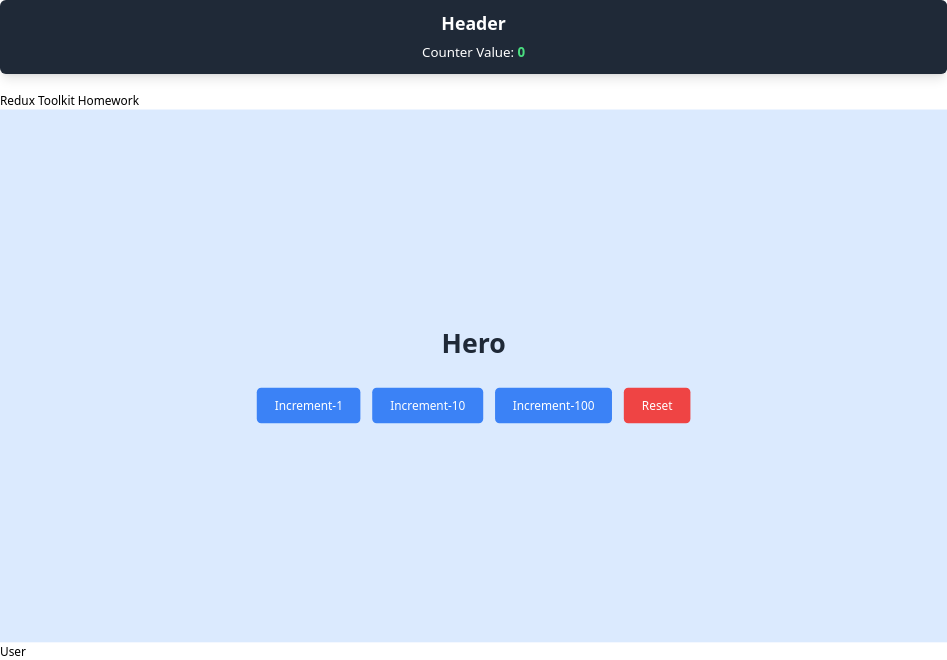
Repository: SitoraRashidova/userCrudFront
Page: /
These files come from the project's save history. The page is drawn as it stood at one moment and after the next save; the edit follows.
The browser window is 1280 px wide. The pictures show the whole page, at 74% of full size.
The project was rebuilt for these pictures with package versions that can differ from the ones it lists, and the page was loaded fresh each time. Also part of the build but not shown: vite.config.js. Imported but missing from the stored project, and not drawn on this page: src/redux/userSlice.

Above is the page before, as saved 2024-12-10 00:31:31.

### src/main.jsx
import { StrictMode } from "react";
import { createRoot } from "react-dom/client";
import "./index.css";
import App from "./App.jsx";
// redux toolkid codes here
import { Provider } from "react-redux";
import store from "./redux/index.js";

createRoot(document.getElementById("root")).render(
  <StrictMode>
    <Provider store={store}>
      <App />
    </Provider>
  </StrictMode>
);

### src/App.jsx
import React from "react";
import { Header } from "./components/Header";
import Hero from "./components/Hero";
import User from "./pages/user/User";
function App() {
  return (
    <>
      <Header />
      <h2>Redux Toolkit Homework</h2>
      <Hero />
      <User />
    </>
  );
}

export default App;

### src/redux/index.js
import { configureStore } from "@reduxjs/toolkit";
import counterSlice from "./slices/counter-slice";
import wishlist from "./slices/wishlist-slice";
import user from "./slices/user-slice";
const store = configureStore({
  reducer: {
    counter: counterSlice,
    wishlist,
    user,
  },
});
export default store;

### src/components/Header.jsx
import React from "react";
import { useSelector } from "react-redux";

export const Header = () => {
  const counter = useSelector((state) => state.counter.value);
  console.log(counter);

  return (
    <div className="bg-gray-800 text-white p-4 shadow-lg rounded-lg mb-6">
      <h2 className="text-2xl font-semibold text-center">Header</h2>
      <p className="text-center text-lg mt-2">
        Counter Value:{" "}
        <span className="font-bold text-green-400">{counter}</span>
      </p>
    </div>
  );
};

### src/components/Hero.jsx
import React from "react";
import { useDispatch } from "react-redux";
import { inc, reset } from "../redux/slices/counter-slice";

const Hero = () => {
  const dispatch = useDispatch();

  return (
    <div className="flex flex-col items-center justify-center min-h-screen bg-blue-100 p-6">
      <h2 className="text-4xl font-bold text-gray-800 mb-6">Hero</h2>

      <div className="space-x-4">
        <button
          onClick={() => dispatch(inc(1))}
          className="bg-blue-500 text-white px-6 py-3 rounded-md hover:bg-blue-600 transition duration-300"
        >
          Increment-1
        </button>
        <button
          onClick={() => dispatch(inc(10))}
          className="bg-blue-500 text-white px-6 py-3 rounded-md hover:bg-blue-600 transition duration-300"
        >
          Increment-10
        </button>
        <button
          onClick={() => dispatch(inc(100))}
          className="bg-blue-500 text-white px-6 py-3 rounded-md hover:bg-blue-600 transition duration-300"
        >
          Increment-100
        </button>
        <button
          onClick={() => dispatch(reset())}
          className="bg-red-500 text-white px-6 py-3 rounded-md hover:bg-red-600 transition duration-300 mt-4"
        >
          Reset
        </button>
      </div>
    </div>
  );
};

export default Hero;

### src/redux/slices/counter-slice.js
import { createSlice } from "@reduxjs/toolkit";
const counterSlice = createSlice({
  name: "counter",
  initialState: {
    value: 0,
  },
  reducers: {
    inc(state, action) {
      state.value += action.payload ? action.payload : 1 ;
    },
    dec(state) {
      state.value -= 1;
    },
    reset(state) {
      state.value = 0;
    },
  },
});
export const { inc, dec, reset } = counterSlice.actions; //setState
export default counterSlice.reducer; //state

### src/redux/slices/wishlist-slice.js
import { createSlice } from "@reduxjs/toolkit";

const wishlistSlice = createSlice({
  name: "wishlist",
  initialState: {
    value: [],
  },
  reducers: {
    addWishlist(state, action) {
      const index = state.value.findIndex(({ id }) => id === action.payload.id);
      if (index < 0) {
        state.value.push(action.payload);
      } else {
        state.value.filter(({ id }) => id !== action.payload.id);
      }
    },
  },
});
export const { addWishlist } = wishlistSlice.actions; //setState
export default wishlistSlice.reducer; //state

### src/redux/slices/user-slice.js
import { createSlice } from "@reduxjs/toolkit";

const initialState = {
  userInfo: {
    firstName: "",
    lastName: "",
    age: "",
    address: "",
    email: "",
    password: "",
    confirmPassword: "",
    gender: "",
  },
  users: [],
};

const userSlice = createSlice({
  name: "user",
  initialState,
  reducers: {
    setUserInfo: (state, action) => {
      state.userInfo = action.payload;
    },
    addUser: (state) => {
      state.users.push(state.userInfo);
      state.userInfo = initialState.userInfo;
    },
    updateUser: (state, action) => {
      const index = state.users.findIndex(
        (user) => user.email === action.payload.email
      );
      if (index !== -1) {
        state.users[index] = action.payload;
      }
    },
    deleteUser: (state, action) => {
      state.users = state.users.filter((user) => user.email !== action.payload);
    },
  },
});

export const { setUserInfo, addUser, updateUser, deleteUser } =
  userSlice.actions;

export default userSlice.reducer;

### src/components/User.jsx
import React from "react";
import { useDispatch, useSelector } from "react-redux";
import {
  setUserInfo,
  addUser,
  updateUser,
  deleteUser,
} from "../redux/userSlice";

const User = () => {
  const dispatch = useDispatch();
  const userInfo = useSelector((state) => state.user.userInfo);
  const users = useSelector((state) => state.user.users);

  const handleChange = (e) => {
    const { name, value } = e.target;
    dispatch(setUserInfo({ ...userInfo, [name]: value }));
  };

  const handleAddUser = () => {
    if (userInfo.password !== userInfo.confirmPassword) {
      alert("Passwords do not match!");
      return;
    }
    dispatch(addUser());
  };

  const handleUpdateUser = () => {
    if (userInfo.password !== userInfo.confirmPassword) {
      alert("Passwords do not match!");
      return;
    }
    dispatch(updateUser(userInfo));
  };

  const handleDeleteUser = (email) => {
    dispatch(deleteUser(email));
  };

  return (
    <div className="container mx-auto p-8 bg-gray-50 min-h-screen">
      <h1 className="text-3xl font-extrabold text-center text-gray-800 mb-8">
        User Information Management
      </h1>

      {/* Form Section */}
      <div className="w-full max-w-2xl mx-auto bg-white p-8 shadow-lg rounded-lg border border-gray-200">
        <form>
          <div className="grid grid-cols-1 md:grid-cols-2 gap-6">
            <div className="mb-4">
              <label className="block text-sm font-semibold text-gray-700">
                First Name
              </label>
              <input
                type="text"
                name="firstName"
                value={userInfo.firstName}
                onChange={handleChange}
                className="w-full mt-2 p-3 border border-gray-300 rounded-md shadow-sm focus:outline-none focus:ring-2 focus:ring-blue-500"
              />
            </div>

            <div className="mb-4">
              <label className="block text-sm font-semibold text-gray-700">
                Last Name
              </label>
              <input
                type="text"
                name="lastName"
                value={userInfo.lastName}
                onChange={handleChange}
                className="w-full mt-2 p-3 border border-gray-300 rounded-md shadow-sm focus:outline-none focus:ring-2 focus:ring-blue-500"
              />
            </div>

            <div className="mb-4">
              <label className="block text-sm font-semibold text-gray-700">
                Age
              </label>
              <input
                type="number"
                name="age"
                value={userInfo.age}
                onChange={handleChange}
                className="w-full mt-2 p-3 border border-gray-300 rounded-md shadow-sm focus:outline-none focus:ring-2 focus:ring-blue-500"
              />
            </div>

            <div className="mb-4">
              <label className="block text-sm font-semibold text-gray-700">
                Address
              </label>
              <input
                type="text"
                name="address"
                value={userInfo.address}
                onChange={handleChange}
                className="w-full mt-2 p-3 border border-gray-300 rounded-md shadow-sm focus:outline-none focus:ring-2 focus:ring-blue-500"
              />
            </div>

            <div className="mb-4">
              <label className="block text-sm font-semibold text-gray-700">
                Email
              </label>
              <input
                type="email"
                name="email"
                value={userInfo.email}
                onChange={handleChange}
                className="w-full mt-2 p-3 border border-gray-300 rounded-md shadow-sm focus:outline-none focus:ring-2 focus:ring-blue-500"
              />
            </div>

            <div className="mb-4">
              <label className="block text-sm font-semibold text-gray-700">
                Password
              </label>
              <input
                type="password"
                name="password"
                value={userInfo.password}
                onChange={handleChange}
                className="w-full mt-2 p-3 border border-gray-300 rounded-md shadow-sm focus:outline-none focus:ring-2 focus:ring-blue-500"
              />
            </div>

            <div className="mb-4">
              <label className="block text-sm font-semibold text-gray-700">
                Confirm Password
              </label>
              <input
                type="password"
                name="confirmPassword"
                value={userInfo.confirmPassword}
                onChange={handleChange}
                className="w-full mt-2 p-3 border border-gray-300 rounded-md shadow-sm focus:outline-none focus:ring-2 focus:ring-blue-500"
              />
            </div>

            <div className="mb-4">
              <label className="block text-sm font-semibold text-gray-700">
                Gender
              </label>
              <select
                name="gender"
                value={userInfo.gender}
                onChange={handleChange}
                className="w-full mt-2 p-3 border border-gray-300 rounded-md shadow-sm focus:outline-none focus:ring-2 focus:ring-blue-500"
              >
                <option value="">Select Gender</option>
                <option value="male">Male</option>
                <option value="female">Female</option>
                <option value="other">Other</option>
              </select>
            </div>
          </div>

          <div className="flex justify-between space-x-4 mt-6">
            <button
              type="button"
              onClick={handleAddUser}
              className="bg-blue-600 text-white px-6 py-3 rounded-md shadow-md hover:bg-blue-700 focus:outline-none focus:ring-2 focus:ring-blue-500"
            >
              Add User
            </button>
            <button
              type="button"
              onClick={handleUpdateUser}
              className="bg-green-600 text-white px-6 py-3 rounded-md shadow-md hover:bg-green-700 focus:outline-none focus:ring-2 focus:ring-green-500"
            >
              Update User
            </button>
          </div>
        </form>
      </div>

      {/* Existing Users Section */}
      <h2 className="text-xl font-semibold text-gray-800 mt-12">
        Existing Users
      </h2>
      <div className="mt-6">
        {users.length > 0 ? (
          <ul className="space-y-6">
            {users.map((user, index) => (
              <li
                key={index}
                className="flex items-center justify-between p-6 bg-white shadow-md rounded-lg hover:bg-gray-50 transition duration-200"
              >
                <div>
                  <h3 className="font-semibold text-gray-800">
                    {user.firstName} {user.lastName}
                  </h3>
                  <p className="text-sm text-gray-600">{user.email}</p>
                </div>
                <button
                  onClick={() => handleDeleteUser(user.email)}
                  className="bg-red-600 text-white px-4 py-2 rounded-md shadow-md hover:bg-red-700 focus:outline-none focus:ring-2 focus:ring-red-500"
                >
                  Delete
                </button>
              </li>
            ))}
          </ul>
        ) : (
          <p className="text-gray-500">No users found.</p>
        )}
      </div>
    </div>
  );
};

export default User;

Loaded but not shown: index.html (common file); src/index.css (common file); src/pages/user/User.jsx (common file); tailwind.config.js (common file)

After the next save:
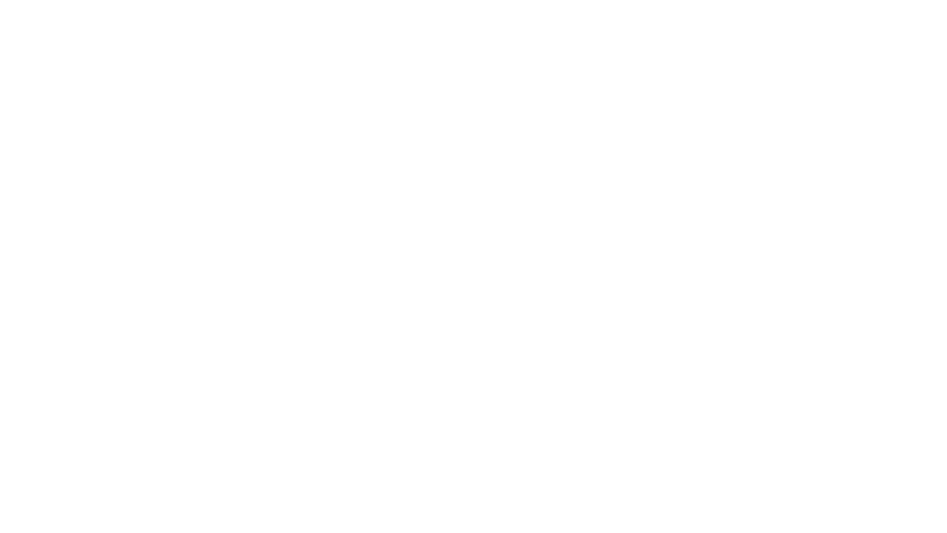
Console error: ReferenceError: User is not defined
Saved 19 s later.
--- a/src/App.jsx
+++ b/src/App.jsx
@@ -1,7 +1,7 @@
 import React from "react";
 import { Header } from "./components/Header";
 import Hero from "./components/Hero";
-import User from "./pages/user/User";
+
 function App() {
   return (
     <>

After the save that followed:
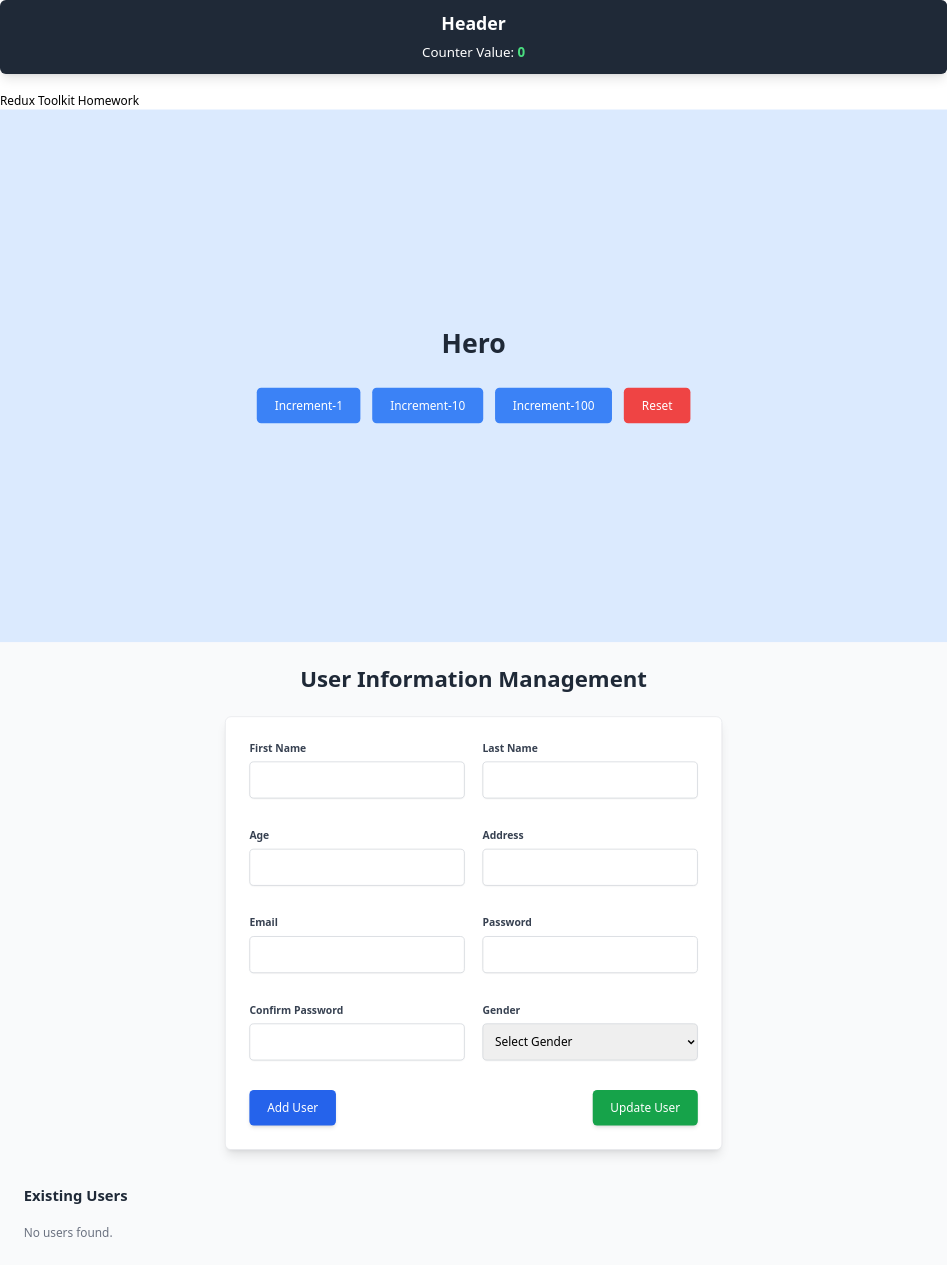
The error is gone.
Saved 5 s later.
--- a/src/App.jsx
+++ b/src/App.jsx
@@ -1,6 +1,7 @@
 import React from "react";
 import { Header } from "./components/Header";
 import Hero from "./components/Hero";
+import User from "./components/User";
 
 function App() {
   return (
